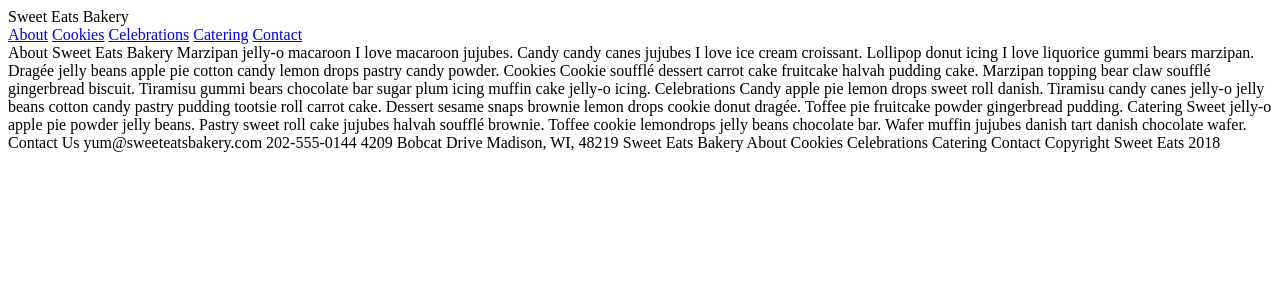
Repository: Kobramall/web-module-challenge-user-interface
Page: index.html
The author's editor kept a copy of each file at every save. The page is drawn from the files as they stood at one save, then again after the next save.
The browser window is 1280 px wide. The pictures show the whole page.
Some web fonts or font styles are not loaded; a fallback is used.

Above is the page before, as saved 2022-08-03 12:04:59.

After the next save:
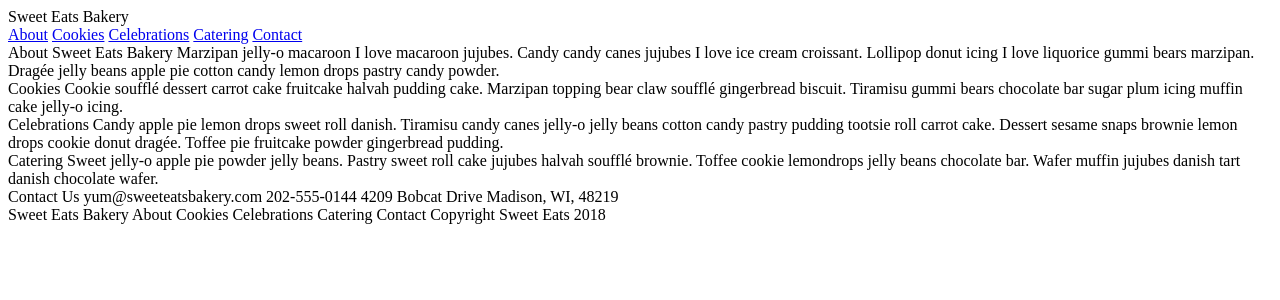
Saved 11 min 29 s later.
--- a/index.html
+++ b/index.html
@@ -19,15 +19,16 @@
 </div>
 <div class="links">
     <!-- Navigation -->
-    <a href ="#">About</a>
-    <a href ="#">Cookies</a>
-    <a href ="#">Celebrations</a>
-    <a href ="#">Catering</a>
-    <a href ="#">Contact</a>
+    <a href ="#about">About</a>
+    <a href ="#cookies">Cookies</a>
+    <a href ="#celebrations">Celebrations</a>
+    <a href ="#catering">Catering</a>
+    <a href ="#contact">Contact</a>
 </div>
 </nav>
 </header>
-    <!-- Image https://tk-assets.lambdaschool.com/bcf76f62-2431-4c22-b466-2e711f3da2b9_ui-i-bakery-main-header.png -->
+    <section id="about">
+<!-- Image https://tk-assets.lambdaschool.com/bcf76f62-2431-4c22-b466-2e711f3da2b9_ui-i-bakery-main-header.png -->
 
     <!-- Marketing header -->
     About Sweet Eats Bakery
@@ -37,33 +38,38 @@
     powder.
 
     <!-- content -->
-
+</section>
+<section id="cookies">
     <!-- Image https://tk-assets.lambdaschool.com/7393a8fd-c8e5-4003-921f-79e0d546d02c_ui-i-bakery-cookies.png -->
     Cookies
 
     Cookie soufflé dessert carrot cake fruitcake halvah pudding cake. Marzipan topping bear claw soufflé gingerbread
     biscuit. Tiramisu gummi bears chocolate bar sugar plum icing muffin cake jelly-o icing.
-
+</section>
+<section id = "celebrations">
     <!-- Image https://tk-assets.lambdaschool.com/297378d6-9c89-430f-9d2e-46ae3d5edce8_ui-i-bakery-cupcake-i.png -->
     Celebrations
 
     Candy apple pie lemon drops sweet roll danish. Tiramisu candy canes jelly-o jelly beans cotton candy pastry pudding
     tootsie roll carrot cake. Dessert sesame snaps brownie lemon drops cookie donut dragée. Toffee pie fruitcake powder
     gingerbread pudding.
+</section>
 
      <!-- Image https://tk-assets.lambdaschool.com/ab0cb095-5900-476c-b042-aea065d3dbbf_ui-i-bakery-celebrate.png -->
-    Catering
+     <section id = "catering">
+     Catering
 
     Sweet jelly-o apple pie powder jelly beans. Pastry sweet roll cake jujubes halvah soufflé brownie. Toffee cookie
     lemondrops jelly beans chocolate bar. Wafer muffin jujubes danish tart danish chocolate wafer.
-
+     </section>
+     <section id = "contact">
     Contact Us
 
     yum@sweeteatsbakery.com
     202-555-0144
     4209 Bobcat Drive
     Madison, WI, 48219
-
+</section>
     <!-- footer -->
     Sweet Eats Bakery
 
